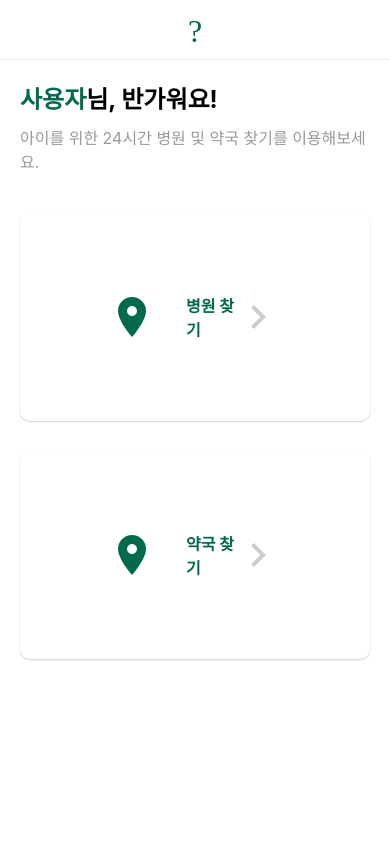
Repository: Sesac-icare/FrontEndiCare
Screen: / (app in iCare/)
The author's editor kept a copy of each file at every save. The screen is drawn from the files as they stood at one save, then again after the next save.
The app was drawn by React Native's web renderer in a window 390 px wide. The project was rebuilt for these pictures with package versions that can differ from the ones it lists, and the page was loaded fresh each time. Some packages were replaced by stand-ins written for this rebuild.

Above is the screen before, as saved 2025-02-04 16:31:58.

### iCare/index.js
import { registerRootComponent } from "expo";

import App from "./App";

// registerRootComponent calls AppRegistry.registerComponent('main', () => App);
// It also ensures that whether you load the app in Expo Go or in a native build,
// the environment is set up appropriately
registerRootComponent(App);

// import { AppRegistry } from "react-native";
// import App from "./src/App";
// import { iCare } from "./app.json";

// import appConfig from "./app.json";

// const appName = appConfig.expo.name;

// AppRegistry.registerComponent(appName, () => App);

### iCare/App.js
import React from "react";
import { View, StyleSheet, SafeAreaView } from "react-native";
import Header from "./components/Header";
import Contents from "./components/Contents";

const App = () => {
  return (
    <SafeAreaView style={styles.safe}>
      <View style={styles.container}>
        <Header />
        <Contents />
      </View>
    </SafeAreaView>
  );
};

const styles = StyleSheet.create({
  safe: {
    flex: 1,
    backgroundColor: "#ffffff"
  },
  container: {
    flex: 1,
    backgroundColor: "#ffffff"
  }
});

export default App;

### iCare/components/Header.js
import React from "react";
import { View, StyleSheet } from "react-native";
import { MaterialIcons } from "@expo/vector-icons";

export default function Header() {
  return (
    <View style={styles.header}>
      <MaterialIcons name="medication" size={32} color="#016a4c" />
    </View>
  );
}

const styles = StyleSheet.create({
  header: {
    height: 60,
    paddingHorizontal: 20,
    flexDirection: "row",
    alignItems: "center",
    justifyContent: "center",
    backgroundColor: "#fff",
    borderBottomWidth: 1,
    borderBottomColor: "#f0f0f0"
  }
});

### iCare/components/Contents.js
import React from "react";
import { View, Text, StyleSheet, Platform, TouchableOpacity } from "react-native";
import { MaterialIcons } from "@expo/vector-icons";

export default function Contents() {
  return (
    <View style={styles.container}>
      <View style={styles.titleWrapper}>
        <View style={styles.titleContainer}>
          <Text style={styles.titleGreen}>사용자</Text>
          <Text style={styles.title}>님, 반가워요!</Text>
        </View>
        <Text style={styles.subtitle}>
          아이를 위한 24시간 병원 및 약국 찾기를 이용해보세요.
        </Text>
      </View>
      <TouchableOpacity
        style={styles.button}
        onPress={() => {
          console.log("병원 찾기 클릭됨");
        }}
      >
        <View style={styles.buttonContent}>
          <MaterialIcons
            name="location-on"
            size={24}
            color="#016a4c"
            style={styles.buttonIcon}
          />
          <Text style={styles.buttonText}>병원 찾기</Text>
          <MaterialIcons
            name="chevron-right"
            size={24}
            color="#CCCCCC"
            style={styles.arrowIcon}
          />
        </View>
      </TouchableOpacity>
      <TouchableOpacity
        style={styles.button}
        onPress={() => {
          console.log("약국 찾기 클릭됨");
        }}
      >
        <View style={styles.buttonContent}>
          <MaterialIcons
            name="location-on"
            size={24}
            color="#016a4c"
            style={styles.buttonIcon}
          />
          <Text style={styles.buttonText}>약국 찾기</Text>
          <MaterialIcons
            name="chevron-right"
            size={24}
            color="#CCCCCC"
            style={styles.arrowIcon}
          />
        </View>
      </TouchableOpacity>
    </View>
  );
}

const styles = StyleSheet.create({
  container: {
    flex: 1,
    backgroundColor: "#fff",
    padding: 20
  },
  titleWrapper: {
    marginBottom: 40
  },
  titleContainer: {
    flexDirection: "row",
    marginBottom: 10,
    flexWrap: "nowrap",
    alignItems: "center"
  },
  titleGreen: {
    fontSize: 24,
    fontWeight: "bold",
    color: "#016a4c"
  },
  title: {
    fontSize: 24,
    fontWeight: "bold",
    color: "black"
  },
  subtitle: {
    fontSize: 16,
    color: "#999999"
  },
  button: {
    backgroundColor: "#fff",
    padding: 80,
    width: "100%",
    borderRadius: 10,
    marginBottom: 30,
    elevation: 2,
    shadowColor: "#000",
    shadowOffset: {
      width: 0,
      height: 1
    },
    shadowOpacity: 0.2,
    shadowRadius: 2
  },
  buttonContent: {
    flexDirection: "row",
    alignItems: "center",
    paddingLeft: 20
  },
  buttonIcon: {
    marginRight: 12,
    transform: [{ scale: 2 }]
  },
  buttonText: {
    fontSize: 16,
    color: "#016a4c",
    fontWeight: "bold",
    marginLeft: 30
  },
  arrowIcon: {
    marginLeft: "auto",
    transform: [{ scale: 2 }],
    marginRight: 20
  }
});

After the next save:
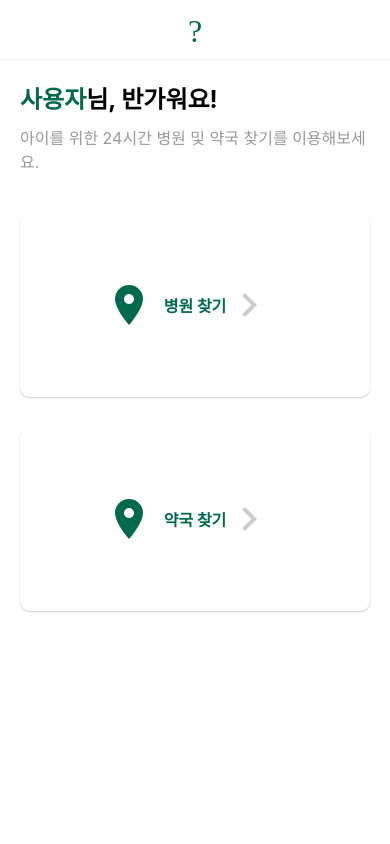
Saved 43 s later.
--- a/iCare/components/Contents.js
+++ b/iCare/components/Contents.js
@@ -109,21 +109,22 @@ const styles = StyleSheet.create({
   buttonContent: {
     flexDirection: "row",
     alignItems: "center",
-    paddingLeft: 20
+    paddingHorizontal: 20,
+    justifyContent: "space-between"
   },
   buttonIcon: {
-    marginRight: 12,
-    transform: [{ scale: 2 }]
+    transform: [{ scale: 2 }],
+    flex: 1
   },
   buttonText: {
     fontSize: 16,
     color: "#016a4c",
     fontWeight: "bold",
-    marginLeft: 30
+    flex: 3,
+    textAlign: "center"
   },
   arrowIcon: {
-    marginLeft: "auto",
     transform: [{ scale: 2 }],
-    marginRight: 20
+    flex: 1
   }
 });
